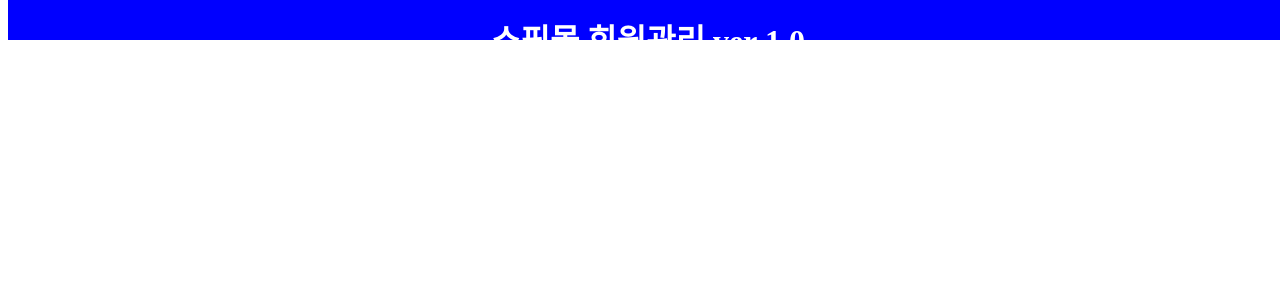
Repository: haileylee94/mini-project
Page: http://localhost/hrd/
The author's editor kept a copy of each file at every save. The page is drawn from the files as they stood at one save, then again after the next save.
The browser window is 1280 px wide. The pictures show the whole page.
The page is served by Tomcat 9.

Above is the page before, as saved 2022-11-17 08:46:41.

After the next save:
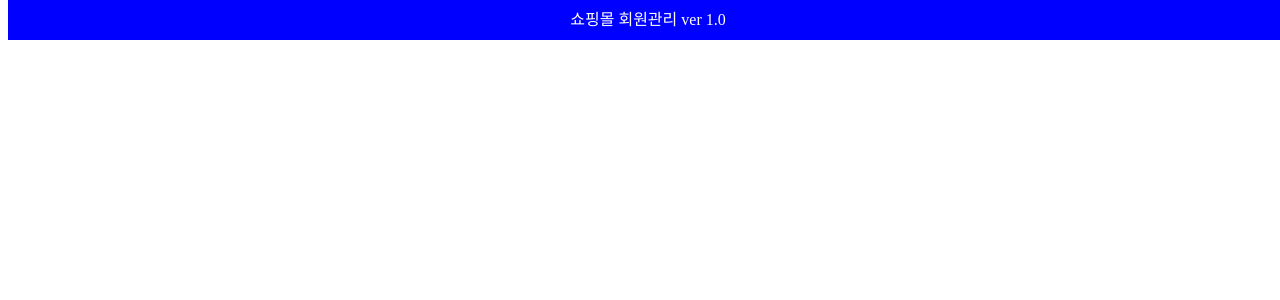
Saved 28 s later.
--- a/hrd/WebContent/index.jsp
+++ b/hrd/WebContent/index.jsp
@@ -8,7 +8,7 @@
 </head>
 <body>
 	<header style="position:fixed; top:0px; width:100%; height: 40px; background-color: blue; color: white; text-align: center; line-height: 40px;">
-		<h1>쇼핑몰 회원관리 ver 1.0</h1>
+		쇼핑몰 회원관리 ver 1.0
 	</header>
 </body>
 </html>
